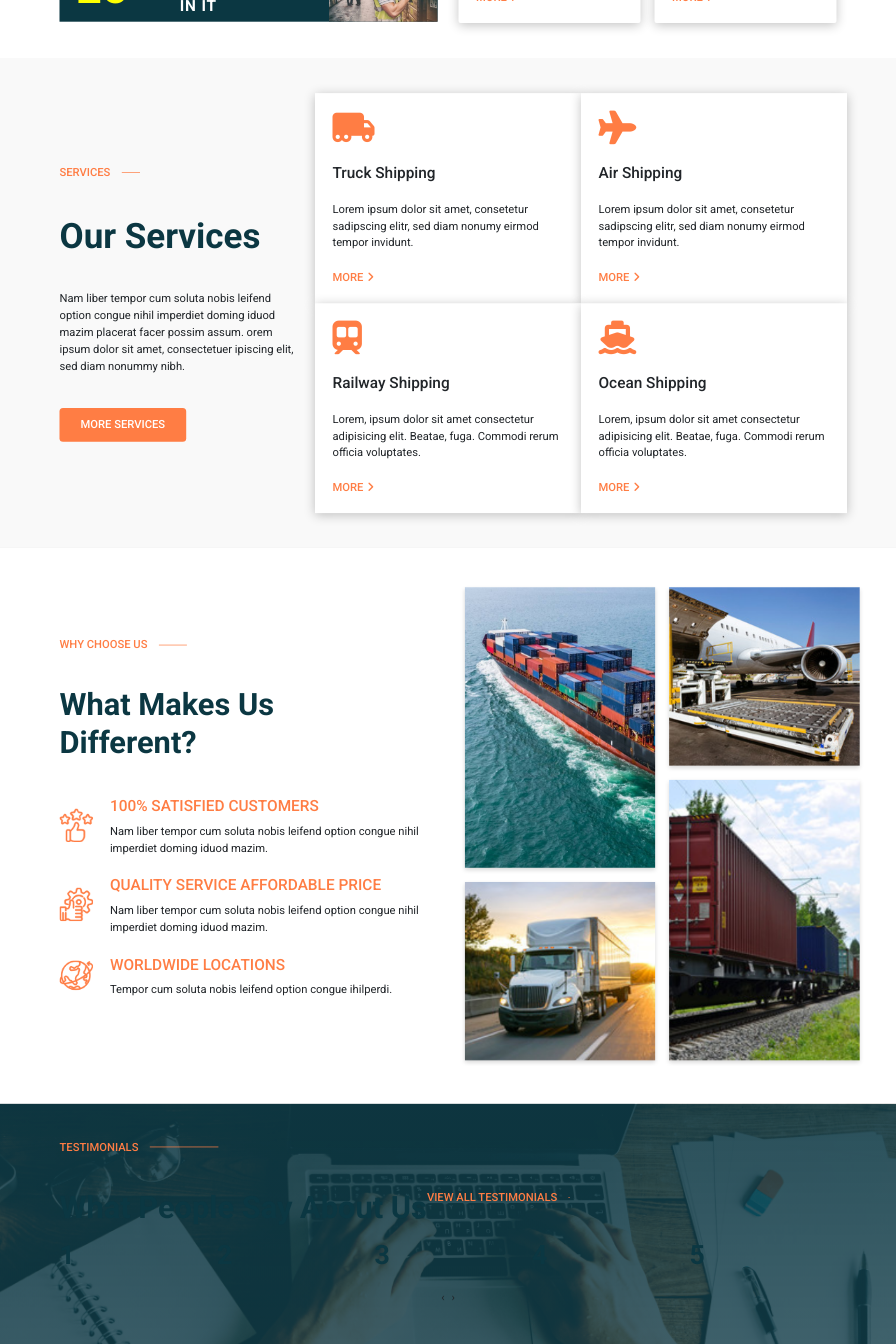
Repository: nazmulalok/shipping-theme
Page: index.html
An editor plug-in stored every save of this project. The page is shown before and after the next save, followed by the edit.
The browser window is 1280 px wide. The pictures show the part of the page from y = 1630 to 3550 px (the page is 3550 px tall before and 3541 px after), at 70% of full size.
Some web libraries are served in a nearby version.

Above is the page before, as saved 2022-10-09 10:23:21.

After the next save:
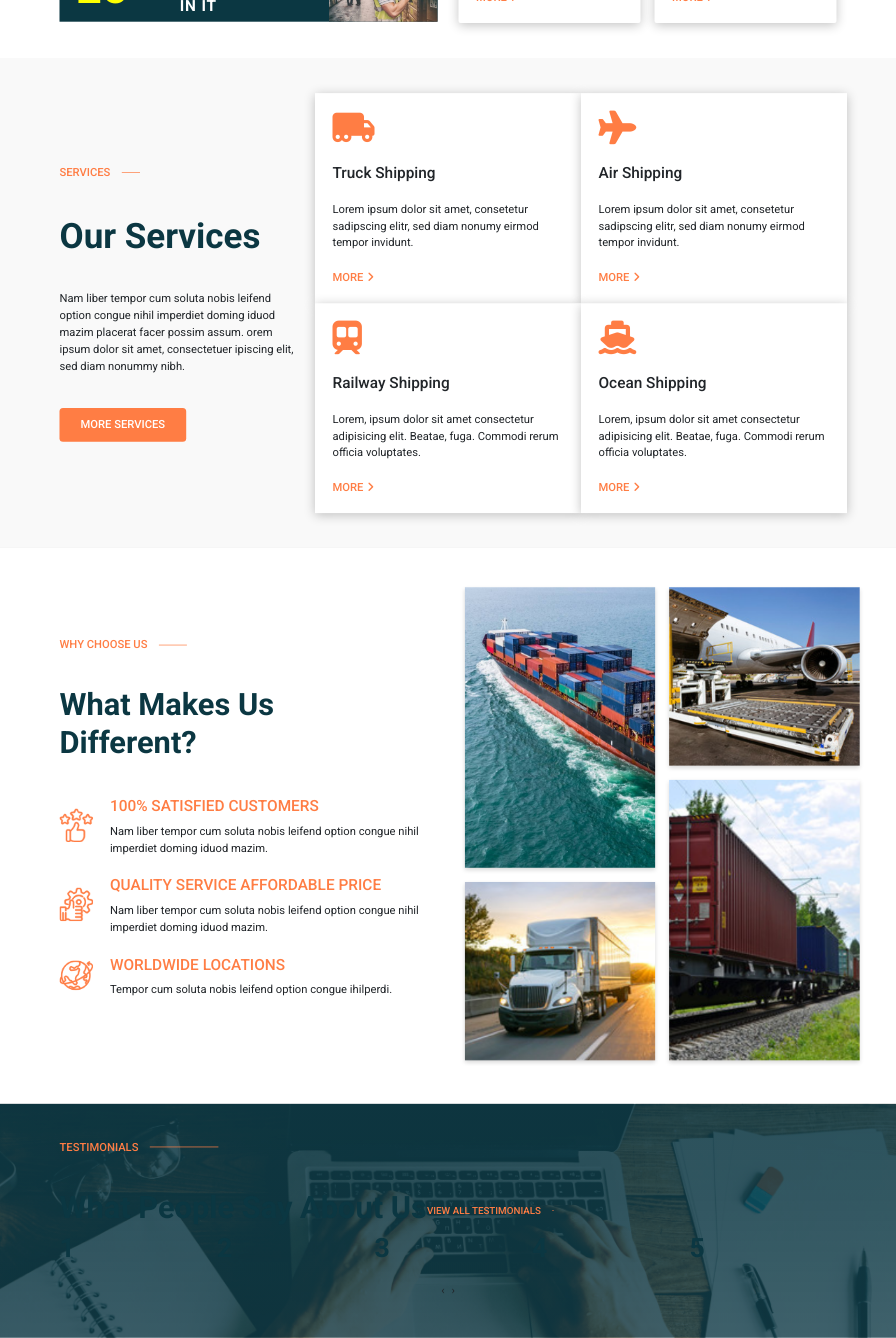
Saved 7 s later.
--- a/index.html
+++ b/index.html
@@ -281,7 +281,7 @@
                 <span class="sp-title">Testimonials</span>
                 <div class="testimonial-heading d-flex">
                     <h3>What People Say About Us</h3>
-                    <span class="sp-title">View All Testimonials</span>
+                    <span class="sp-title no-border">View All Testimonials</span>
                 </div>
 
 
